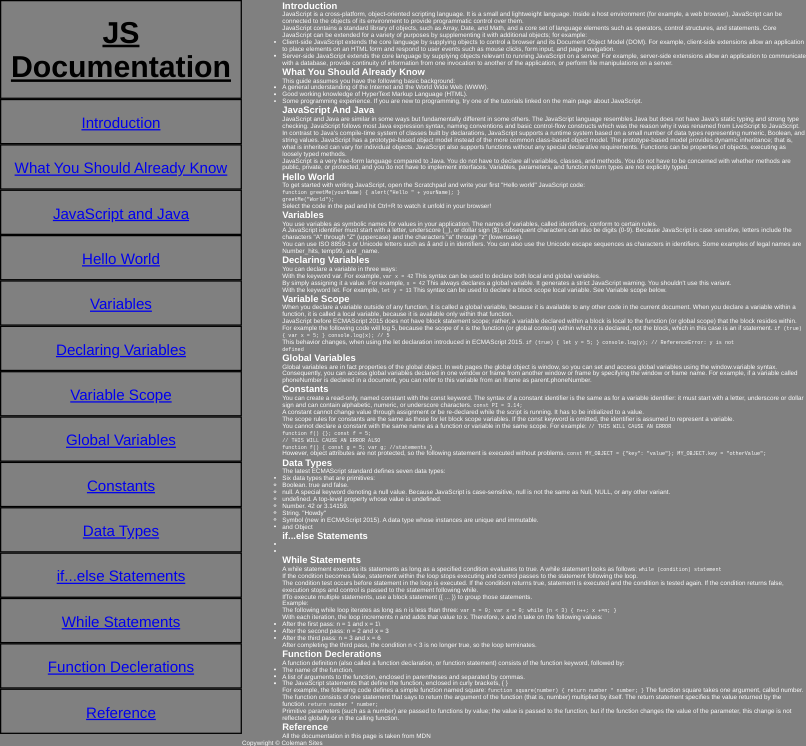
Repository: ctcoleman/technicalDocumentationPage
Page: index.html
An editor plug-in stored every save of this project. The page is shown before and after the next save, followed by the edit.
The browser window is 1280 px wide. The pictures show the whole page, at 63% of full size.

Above is the page before, as saved 2020-07-10 20:01:09.

After the next save:
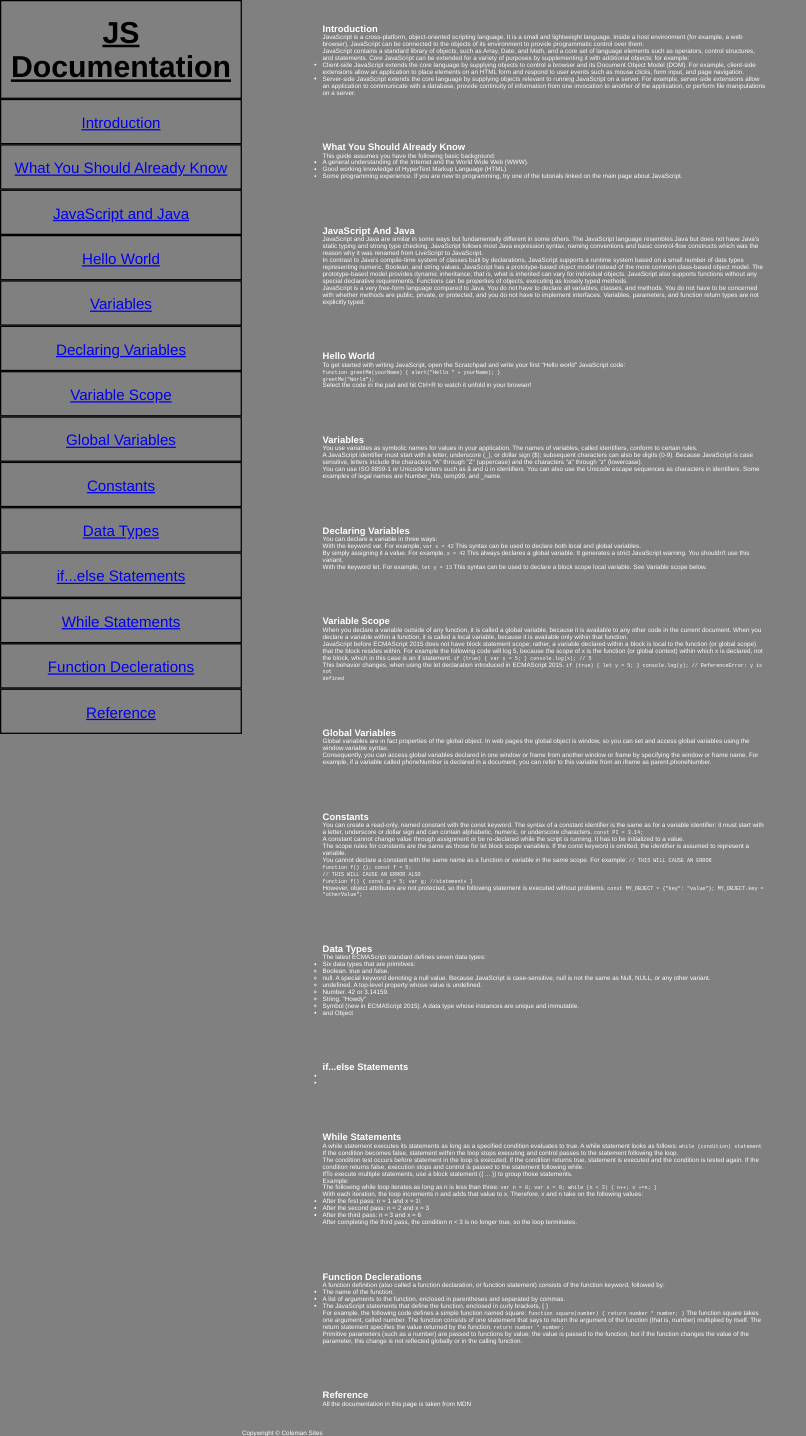
Saved 5 s later.
--- a/assets/stylesheets/style.css
+++ b/assets/stylesheets/style.css
@@ -71,7 +71,7 @@ button {
 }
 
 .main-section {
-  padding: 5vh
+  padding: 5vh 5vw;
   width: 65vw;
   margin-left: 5vw;
 }
